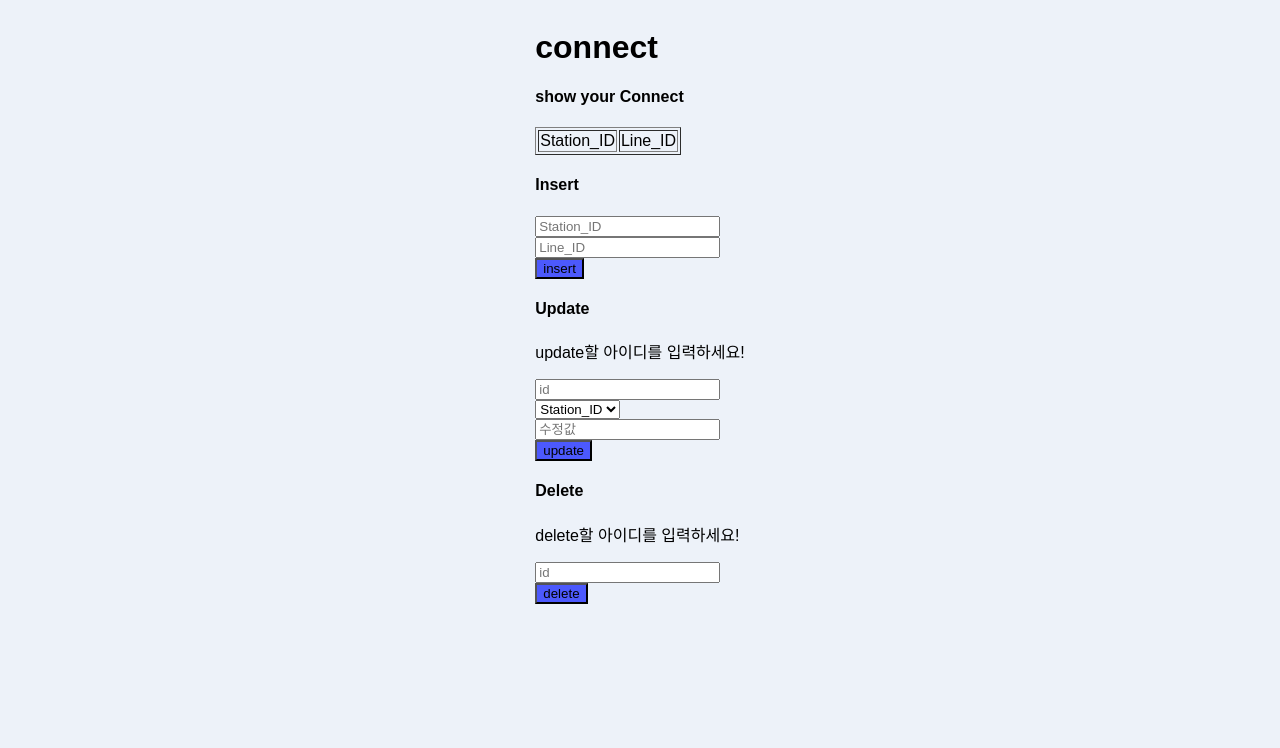
Repository: CISXO/JSP
Page: http://localhost/DB_Project/DB/connect.jsp
These files come from the project's save history. The page is drawn as it stood at one moment and after the next save; the edit follows.
The browser window is 1280 px wide. The pictures show the whole page.
The page is served by Tomcat 9. Queries for data that is not in the repository find no rows.

Above is the page before, as saved 2022-12-21 14:47:24.

### DbProject/DB_Project/src/main/webapp/DB/connect.jsp
<%@ page language="java" contentType="text/html; charset=EUC-KR"
    pageEncoding="EUC-KR" import="java.sql.*"%>
<!DOCTYPE html>
<html>
<style>

body {
    font-family: 'Noto Sans KR', sans-serif;
    display: flex;
    justify-content: center;
    height: 95vh;
}

</style>
<head>
<meta charset="EUC-KR">
<title>Insert title here</title>
</head><%

Class.forName("org.mariadb.jdbc.Driver");
String jdbcDriver = "jdbc:mariadb://localhost:3306/homework";
String dbUser = "root";
String dbPass = "22489612up!";


Connection conn = null;
Statement stmt = null;
ResultSet result = null;

try {
	conn = DriverManager.getConnection(jdbcDriver, dbUser, dbPass);
	stmt = conn.createStatement();
	String query = "SELECT * FROM connect";
	result = stmt.executeQuery(query);

%>

<body style="background-color: #edf2f9 !important;">
    <div>
        <h1 class="title">connect</h1>
        <h4 class="titleScript">
				show your Connect
        </h4>
        <div>
                <table border = "1">
                    <thead>
                        <tr>
                        <td>Station_ID</td>
                        <td>Line_ID</td>
                        </tr>
                    </thead>
                    <%
                    while(result.next()) {
                    %>
                    <tbody>
                        <tr onclick="trClick(this)">
                        	<td><%=result.getInt("Station_ID")%></td>
                            <td><%=result.getString("Line_ID")%></td>
                        </tr>

                    </tbody>
                    <%} %>
                </table>
        </div>
        <form id="connect_insert" action ="./manage/connect_manage.jsp" method="get">
        <h4>Insert</h4>
        <div class="row">
        <input id="Station_ID" name="Station_ID" type="text" placeHolder="Station_ID">
        </div>
        <div class="row">
        <input id="Line_ID" name="Line_ID" type="text" placeHolder="Line_ID">
        </div>
        <div class="connect_insert_button">
        <button id="insert_button1" type = "submit" style="background-color: #4c59fd">insert</button>
        </div>
        <input name="manage_num" type="hidden" value="1">
        </form>


        <form id="Head_update" action="./manage/connect_manage.jsp" method="get">
         <h4>Update</h4>
        <p>update할 아이디를 입력하세요!</p>
       <div class="row">
        <input id="connect_id" name="connectupdate_id" type="text" placeHolder="id">
        </div>
       <div class="row">
      <select name="select">
        <option>Station_ID</option>
        <option>Line_ID</option>
      </select>
        </div>
       <div class="row">
        <input id="connect_id" name="update" type="text" placeHolder="수정값">
        </div>
        <div>
        <button id="update_button1" type = "submit" style="background-color: #4c59fd">update</button>
        </div>
        <input name="manage_num" type="hidden" value="2">
        </form>

        <form id="connect_delete" action="./manage/connect_manage.jsp" method="get">
        <h4>Delete</h4>
        <p>delete할 아이디를 입력하세요!</p>
        <div class="row">
        <input id="connect_id" name="connectdelete_id" type="text" placeHolder="id">
        </div>
        <div>
        <button id="delete_button1" type = "submit" style="background-color: #4c59fd">delete</button>
        </div>
        <br><br><br><br> <br><br><br><br>
        <input name="manage_num" type="hidden" value="3">
        </form>
    </div>
<%
	result.close();
	stmt.close();
	conn.close();
} catch(SQLException e) {
	out.println("err."+e.toString());
}
	%>
</body>
</html>

After the next save:
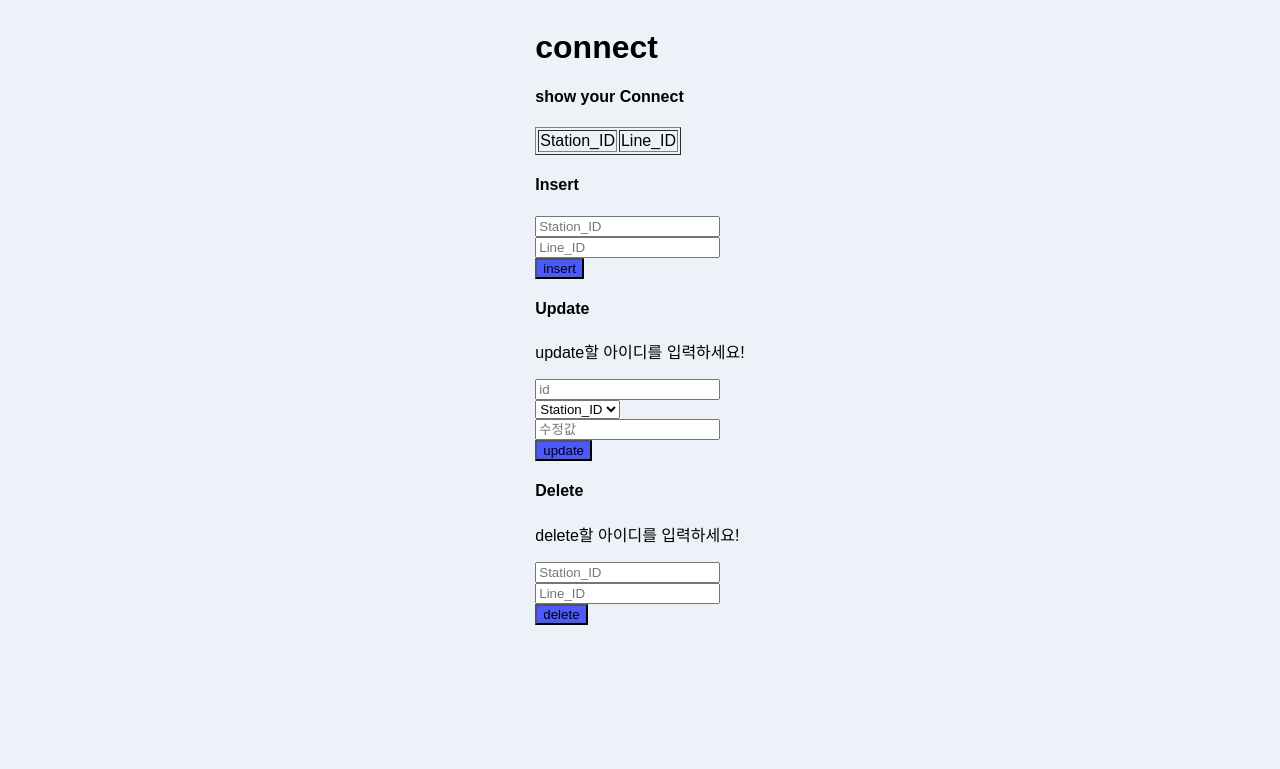
Saved 8 min 19 s later.
--- a/DbProject/DB_Project/src/main/webapp/DB/connect.jsp
+++ b/DbProject/DB_Project/src/main/webapp/DB/connect.jsp
@@ -102,7 +102,10 @@ try {
         <h4>Delete</h4>
         <p>delete할 아이디를 입력하세요!</p>
         <div class="row">
-        <input id="connect_id" name="connectdelete_id" type="text" placeHolder="id">
+        <input id="connect_id" name="connectdelete_id" type="text" placeHolder="Station_ID">
+        </div>
+        <div class="row">
+        <input id="connect_id" name="connectdelete_id2" type="text" placeHolder="Line_ID">
         </div>
         <div>
         <button id="delete_button1" type = "submit" style="background-color: #4c59fd">delete</button>
